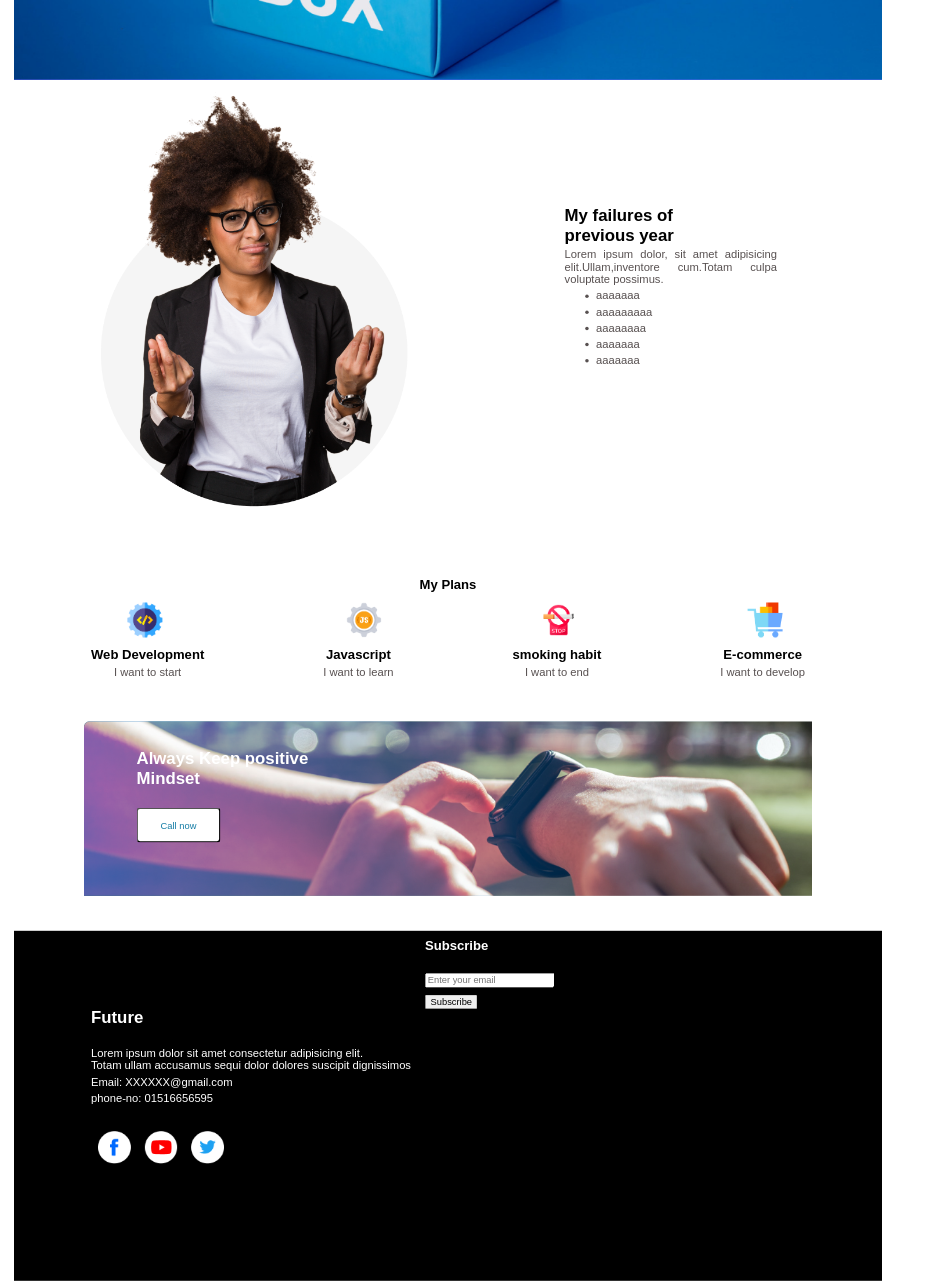
Repository: sadiaafsana138/All-Thinks-Are-Possible-Website
Page: index.html
An editor plug-in stored every save of this project. The page is shown before and after the next save, followed by the edit.
The browser window is 1280 px wide. The page is 1344 px wide, so the pictures cover 1344 px, including what lies to the right of the window. The pictures show the part of the page from y = 704 to 2544 px (the page is 2544 px tall), at 70% of full size.

Above is the page before, as saved 2023-01-08 14:41:00.

After the next save:
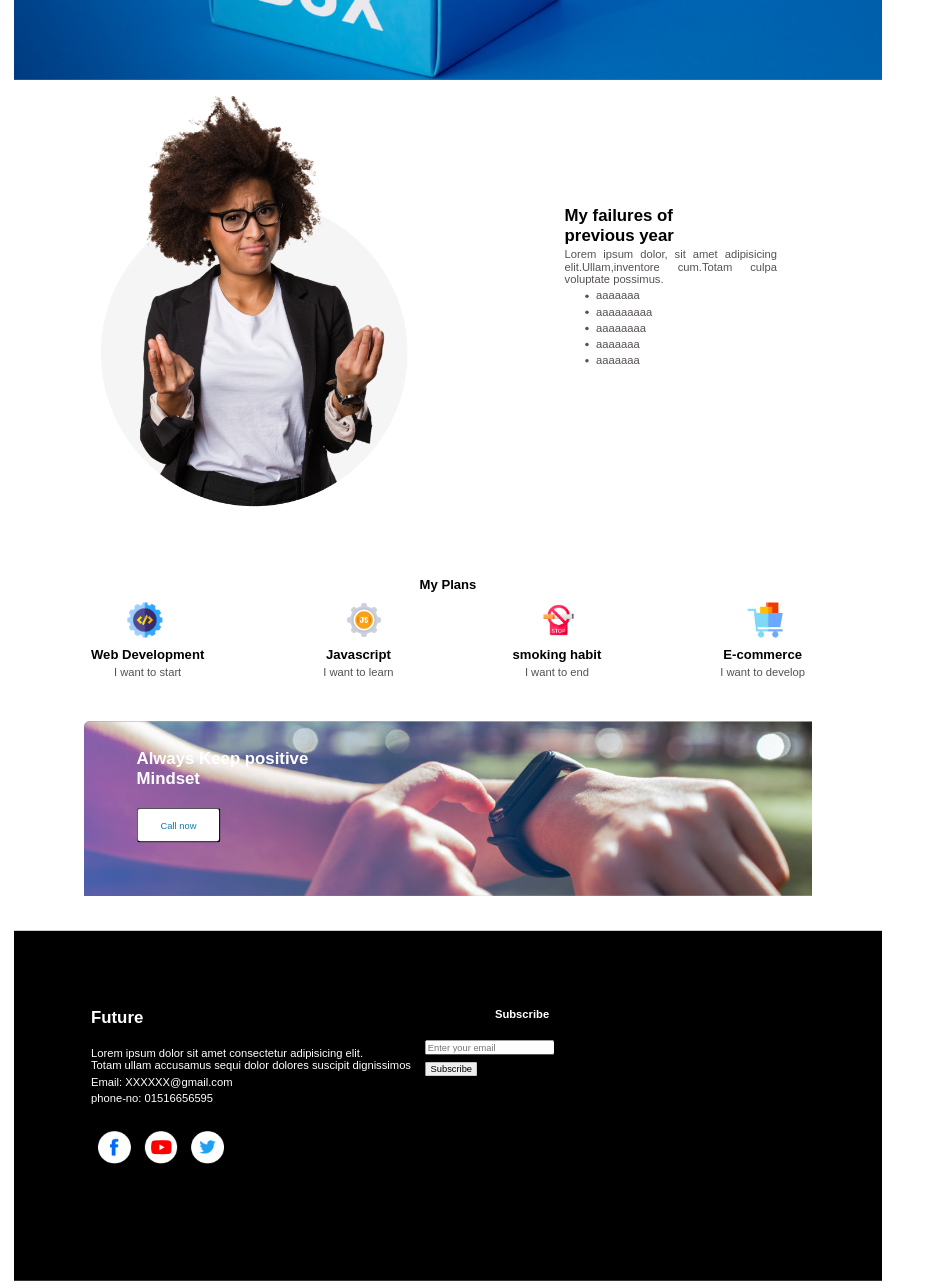
Saved 53 s later.
--- a/index.html
+++ b/index.html
@@ -106,7 +106,7 @@
                 </ul>
                 </div>
                 <div id="footerdetails2">
-                    <h3 id="subscribe">Subscribe</h3> <br>
+                    <h4 id="subscribe">Subscribe</h4> <br>
                     <input class="email" type="email" placeholder="Enter your email">
 
                 <br>
--- a/styles/web.css
+++ b/styles/web.css
@@ -133,4 +133,7 @@ font-family: Arial, Helvetica, sans-serif;
 }
 #subscribe{
     color: white;
+    padding-top: 100px;
+    text-align:left;
+    padding-left: 100px;
 }
